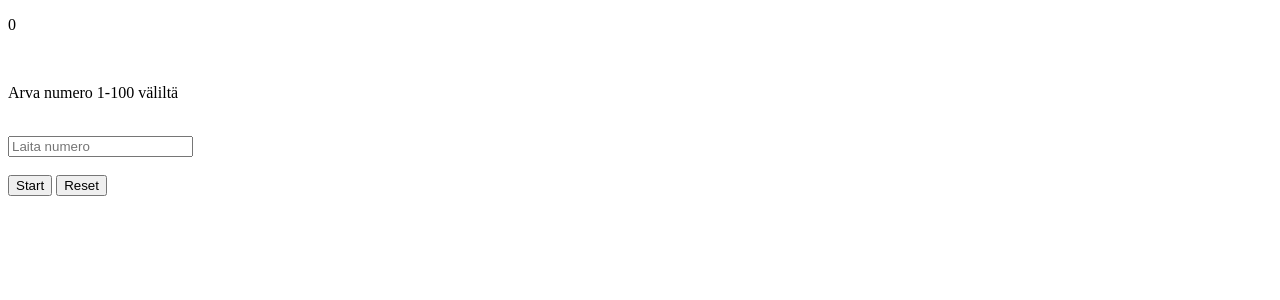
Repository: VadimZubchenko/numeronarvouspeli_JS
Page: public/index.html
These files come from the project's save history. The page is drawn as it stood at one moment and after the next save; the edit follows.
The browser window is 1280 px wide. The pictures show the whole page.
Empty fields were first filled with sample values (such as "Sample", 5 or name@example.com).
After loading, the first visible `#resetGame` was clicked once.

Above is the page before, as saved 2022-04-25 22:53:36.

After the next save:
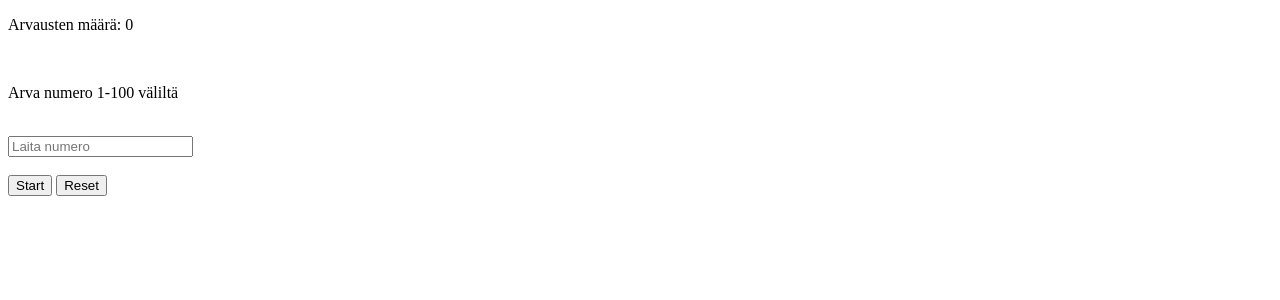
Saved 3 min 4 s later.
--- a/public/script.js
+++ b/public/script.js
@@ -59,7 +59,7 @@ function resetGame() {
   lastMax = 101;
   kpl = 0;
   document.getElementById("numero").value = "";
-  document.getElementById("maara").innerHTML = kpl;
+  document.getElementById("maara").innerHTML = "Arvausten määrä: " + kpl;
   message = document.getElementById("message");
   document.getElementById("message").innerHTML = "Arva numero 1-100 väliltä";
   document.body.style.backgroundColor = "";
